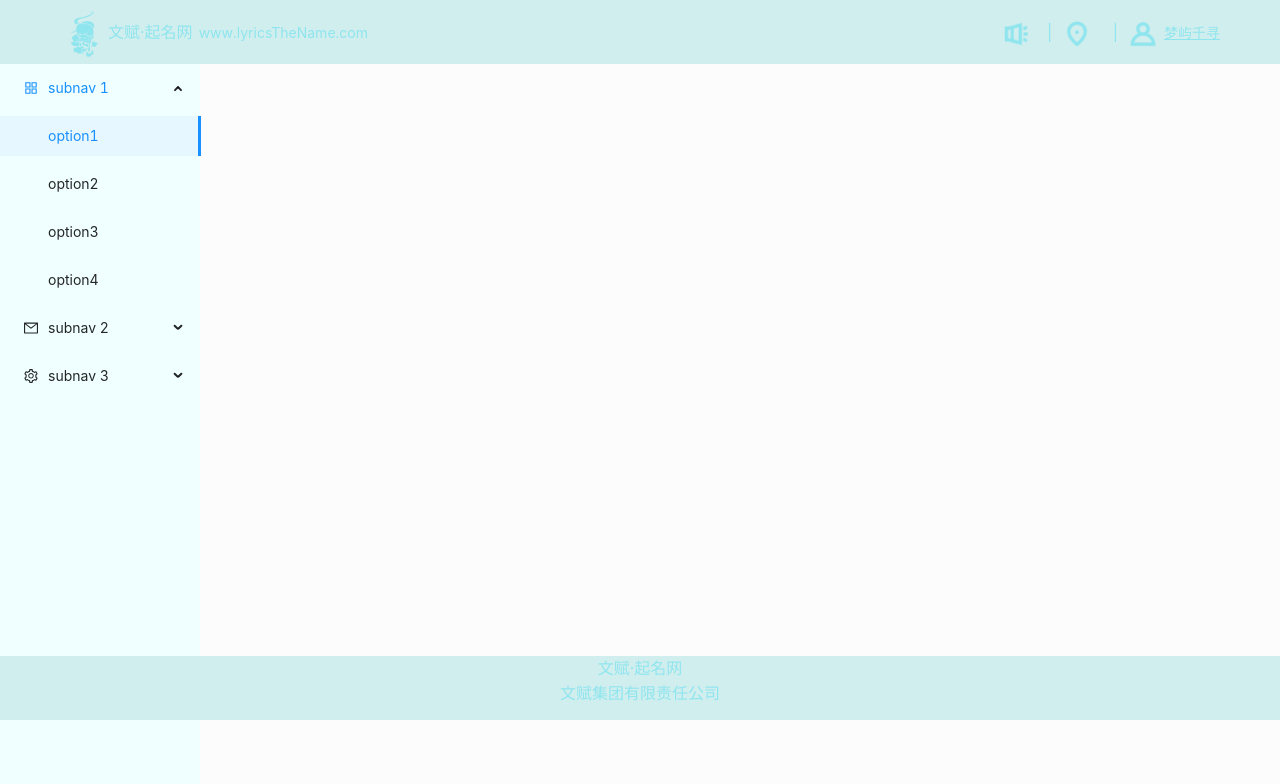
Repository: fangxueliang/react-redux-
Page: /
These files come from the project's save history. The page is drawn as it stood at one moment and after the next save; the edit follows.
The browser window is 1280 px wide. The pictures show the whole page.
The project was rebuilt for these pictures with package versions that can differ from the ones it lists, and the page was loaded fresh each time.

Above is the page before, as saved 2020-12-30 13:20:17.

### public/index.html
<!DOCTYPE html>
<html lang="en">
  <head>
    <meta charset="utf-8" />
    <meta name="theme-color" content="#000000" />
    <meta name="description" content="Web site created using create-react-app" />
    <title>React App</title>
  </head>
  <body>
    <div id="root"></div>
  </body>
</html>

### src/index.js
// 主入口文件
//主入口
import React from 'react';//引入react
import ReactDOM from 'react-dom';
import { Main } from './Pages';//引入Main文件

import 'antd/dist/antd.css'//antd样式
import './Common/CSS/layout.css'//布局样式
import './Common/CSS/common.css'//引入公共样式

ReactDOM.render(
  <div className="main">
    <Main />
  </div>,
  document.getElementById('root')
);

### src/Pages/index.js
import React from 'react';
import { Layout } from 'antd'
import { MenuSider } from "./Menu/menu";
import { HeaderCommon } from "./Header/header";
import { FooterCommon } from "./Footer/footer";

const { Header, Footer, Content, Sider } = Layout
export const Main = () => {
    return (

        <div className="Home_layout">
            {/* 头部header */}
            <div className="Home_header">
                <HeaderCommon />
            </div>
            <div className="Home_main">
                {/* 左侧导航Sider */}
                <div className="Home_sider">
                    <Sider>
                        <MenuSider />
                    </Sider>
                </div>

                {/* 主要内容Content */}
                <div className="Home_content"></div>
            </div>
            {/* 底部footer */}
            <div className="Home_footer">
                <FooterCommon />
            </div>
        </div>


    );
}

### src/Common/CSS/layout.css
/* 布局样式  */
.Home_layout {
    min-height: 100%;
}

.Home_layout .Home_header {
    height: 64px;
    line-height: 64px;
    padding: 0 60px;
    background: #D1EEEE;
}

.Home_layout .Home_footer {
    position: fixed;
    bottom: 0;
    height: 64px;
    width: 100%;
    padding: 0 60px;
    background: #D1EEEE;
}

.Home_layout .Home_sider {
    display: inline-block;
    height: 100vh;
    background: #F0FFFF;
}

.Home_layout .ant-layout-sider .ant-menu {
    background: #F0FFFF;
}

.Home_layout .Home_main {
    height: 100vh;
}

.Home_layout .Home_content {
    display: inline-block;
}

### src/Common/CSS/common.css
/* 公共样式 */
body {
    width: 100%;
    height: 100%;
    background: #FCFCFC;
    margin: 0;
}

.main {
    font-size: 16px;
}

### src/Pages/Menu/menu.js
// 左侧菜单
import React from 'react';
import { Menu } from 'antd';
import { AppstoreOutlined, MailOutlined, SettingOutlined } from '@ant-design/icons';

const { SubMenu } = Menu;

export const MenuSider = () => {
    return (
        <Menu
            mode="inline"
            defaultSelectedKeys={['1']}
            defaultOpenKeys={['sub1']}
            style={{ height: '100%', borderRight: 0 }}
        >
            <SubMenu key="sub1" icon={<AppstoreOutlined />} title="subnav 1">
                <Menu.Item key="1">option1</Menu.Item>
                <Menu.Item key="2">option2</Menu.Item>
                <Menu.Item key="3">option3</Menu.Item>
                <Menu.Item key="4">option4</Menu.Item>
            </SubMenu>
            <SubMenu key="sub2" icon={<MailOutlined />} title="subnav 2">
                <Menu.Item key="5">option5</Menu.Item>
                <Menu.Item key="6">option6</Menu.Item>
                <Menu.Item key="7">option7</Menu.Item>
                <Menu.Item key="8">option8</Menu.Item>
            </SubMenu>
            <SubMenu key="sub3" icon={<SettingOutlined />} title="subnav 3">
                <Menu.Item key="9">option9</Menu.Item>
                <Menu.Item key="10">option10</Menu.Item>
                <Menu.Item key="11">option11</Menu.Item>
                <Menu.Item key="12">option12</Menu.Item>
            </SubMenu>
        </Menu>
    )
}

### src/Pages/Header/header.js
// 头部
import React from 'react';
import logo from "../../Asset/img/logo.png";
import myImg from "../../Asset/img/我的.png";
import remindImg from "../../Asset/img/提醒.png";
import positioningImg from "../../Asset/img/定位.png";
import './header.css'

export const HeaderCommon = () => {
    return (
        <div className="header">
            <div className="header_item">
                <img src={logo} className="logo" alt="蓝龙" />
                <span className="logo_title">文赋·起名网</span>
                <a className="logo_URL" href="/">www.lyricsTheName.com</a>
            </div>
            <div className="header_item"></div>
            <div className="header_item header_item_right">
                <span>
                    <img src={remindImg} alt="我的" />
                </span>
                <span className="header_separated">|</span>
                <span>
                    <img src={positioningImg} alt="我的" />
                </span>
                <span className="header_separated"> |</span>
                <span>
                    <img src={myImg} alt="我的" />
                    <span className="header_myName">梦屿千寻</span>
                </span>
            </div>
        </div>
    )
}

### src/Pages/Footer/footer.js
// 头部
import React from 'react';
import './footer.css'

export const FooterCommon = () => {
    return (
        <div className="footerCommon">
            <p>文赋·起名网</p>
            <p>文赋集团有限责任公司</p>
        </div>
    )
}

### src/Pages/Header/header.css
.header {
    display: flex;
    width: 100%;
    height: 100%;
    justify-content: space-between;
}

.header .header_item {
    display: inline-block;
}

.header .header_item .logo {
    width: 48px;
    height: 48px;
}

.header .header_item_right {
    color: #8ee5ee
}

.header .header_item_right img {
    width: 30px;
    height: 30px;
    margin-right: 6px;
}

.header .header_item_right .header_separated {
    margin: 0 10px
}

.header .logo_title {
    color: #8ee5ee
}

.header .logo_URL {
    margin-left: 6px;
    color: #8ee5ee;
    font-size: 14px;
}

.header .header_myName {
    font-size: 14px;
    text-decoration: underline;
}

### src/Pages/Footer/footer.css
.footerCommon {
    text-align: center;
}

.footerCommon p {
    color: #8ee5ee;
    margin: 0;
}

After the next save:
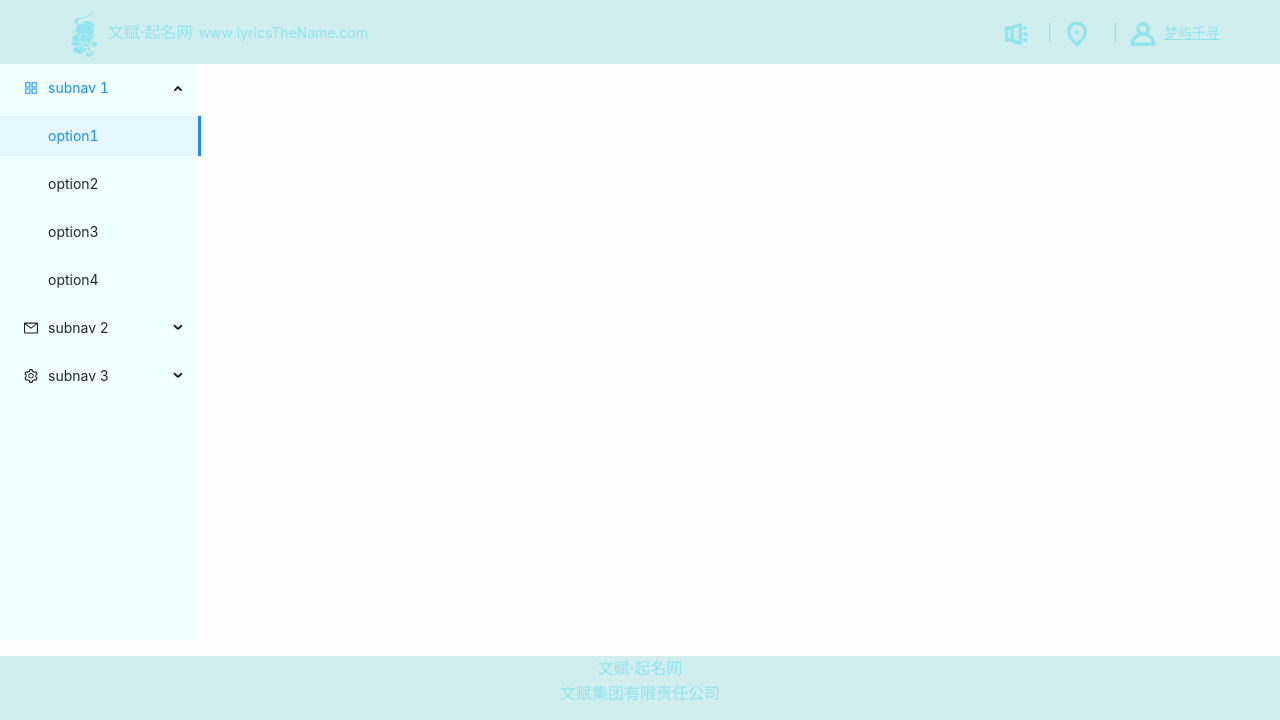
Saved 27 s later.
--- a/src/Common/CSS/layout.css
+++ b/src/Common/CSS/layout.css
@@ -21,7 +21,7 @@
 
 .Home_layout .Home_sider {
     display: inline-block;
-    height: 100vh;
+    height: 80vh;
     background: #F0FFFF;
 }
 
@@ -30,7 +30,7 @@
 }
 
 .Home_layout .Home_main {
-    height: 100vh;
+    height: 80vh;
 }
 
 .Home_layout .Home_content {
